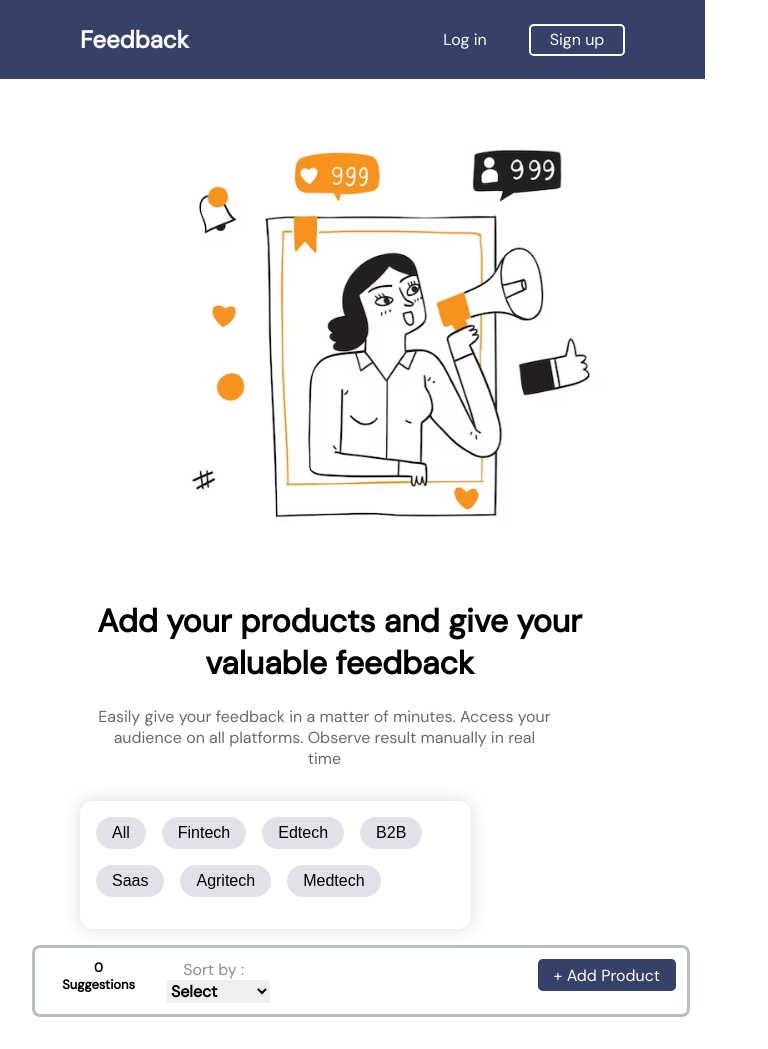
Repository: drumsmanku/final-evaluation-test
Page: / (app in client/)
The author's editor kept a copy of each file at every save. The page is drawn from the files as they stood at one save, then again after the next save.
The browser window is 768 px wide. The pictures show the whole page.
The page's requests for data from a server got no answer. The project was rebuilt for these pictures with package versions that can differ from the ones it lists, and the page was loaded fresh each time. No one was signed in, and anything a server would have sent is missing. Also part of the build but not shown: client/src/CSS/LoginPopUp.css, client/src/Components/LoginPopUp.js, client/src/CSS/SignupPopUp.css, client/src/Components/SignupPopUp.js, client/src/CSS/AddProductPopUp.css, client/src/Components/AddProductPopUp.js, client/src/Components/CommentsSection.js, client/src/CSS/SignUp.css and 3 more.

Above is the page before, as saved 2023-08-01 07:39:33.

After the next save:
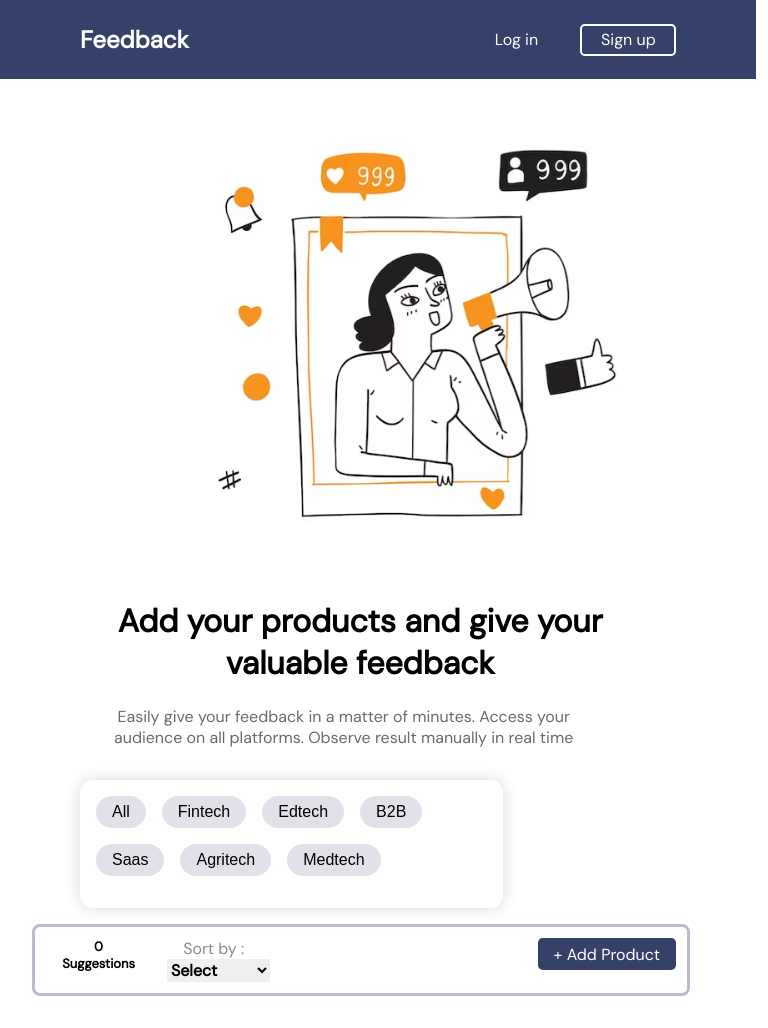
Saved 14 s later.
--- a/client/src/CSS/MainPage.css
+++ b/client/src/CSS/MainPage.css
@@ -157,7 +157,6 @@ body{
 @media (max-width: 768px) {
   .main-container {
     flex-direction: column;
-    width: 90vw;
   }
   .title-desc{
     flex-direction: column;
@@ -224,9 +223,7 @@ body{
   .login-button-navbar{
     margin-left: 1rem;
   }
-  .main-top-container{
-    width: 102%;
-  }
+
 
 }
 @media (max-width: 480px) {
